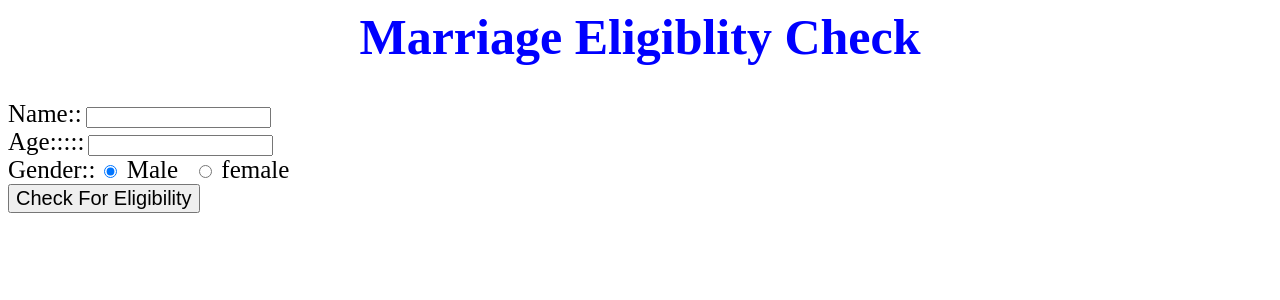
Repository: varunraj2297/AdvanceJavaWS
Page: AdvanceJavaWS/Proj-03-Html_to_Servlet_communication_Using_forms_MarriageApp/WebContent/input.html
An editor plug-in stored every save of this project. The page is shown before and after the next save, followed by the edit.
The browser window is 1280 px wide. The pictures show the whole page.

Above is the page before, as saved 2019-03-16 09:54:25.

After the next save:
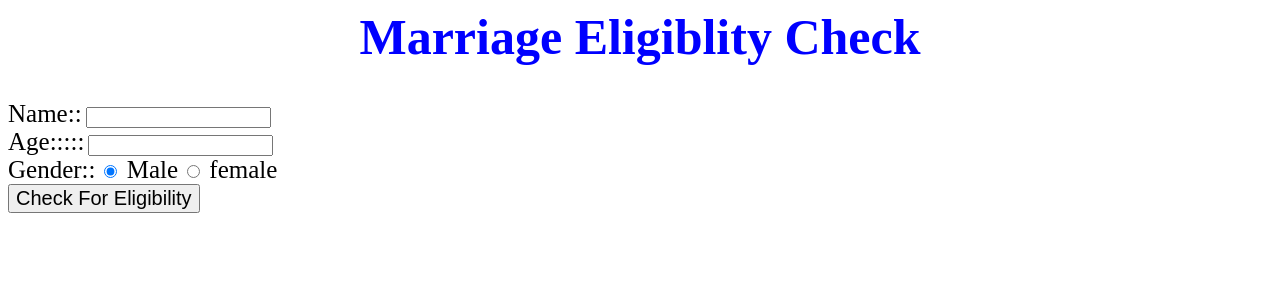
Saved 116 min 23 s later.
--- a/AdvanceJavaWS/Proj-03-Html_to_Servlet_communication_Using_forms_MarriageApp/WebContent/input.html
+++ b/AdvanceJavaWS/Proj-03-Html_to_Servlet_communication_Using_forms_MarriageApp/WebContent/input.html
@@ -7,7 +7,7 @@
 <input type="text" name="age">
 <br>
 <label style="font-size: 25px">Gender::</label>
-<input type="radio"  name='gender' value='M' checked ><label style="font-size: 25px"> Male</label> &nbsp;&nbsp;
-	<input type="radio" name='gender' value='F'><label style="font-size: 25px"> female</label> &nbsp;&nbsp;<br>
+<input type="radio"  name='gender' value='M' checked ><label style="font-size: 25px"> Male</label>
+	<input type="radio" name='gender' value='F'><label style="font-size: 25px"> female</label> <br>
 <input type="submit" style="font-size: 20px" value="Check For Eligibility" >
 </form>
